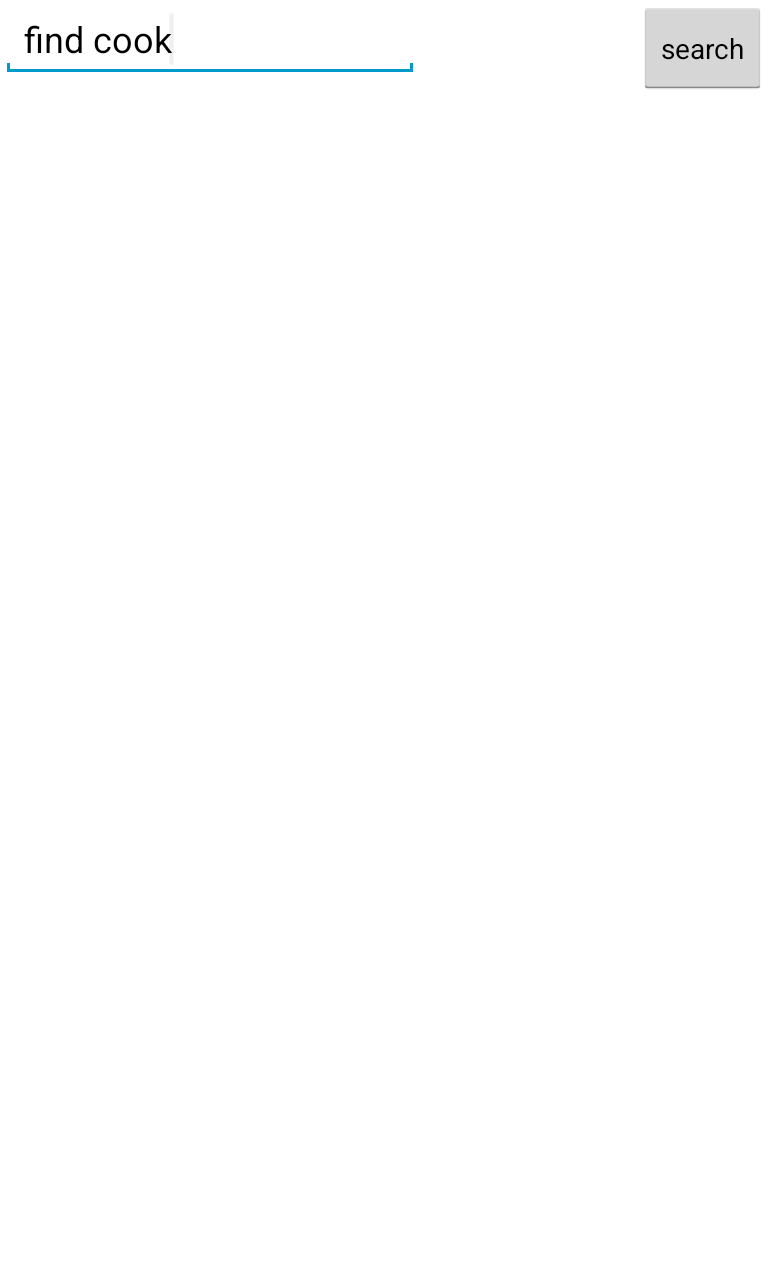
Repository: KnightFreedom/cookcook
Layout: client/CookCook/res/layout/browse_activity.xml
The author's editor kept a copy of each file at every save. The layout is drawn from the files as they stood at one save, then again after the next save.
It is drawn on a 768 x 1280 px phone screen (xhdpi) without system bars, with theme AppTheme; the app's code is not run.

Above is the layout before, as saved 2017-05-11 10:48:47.

After the next save:
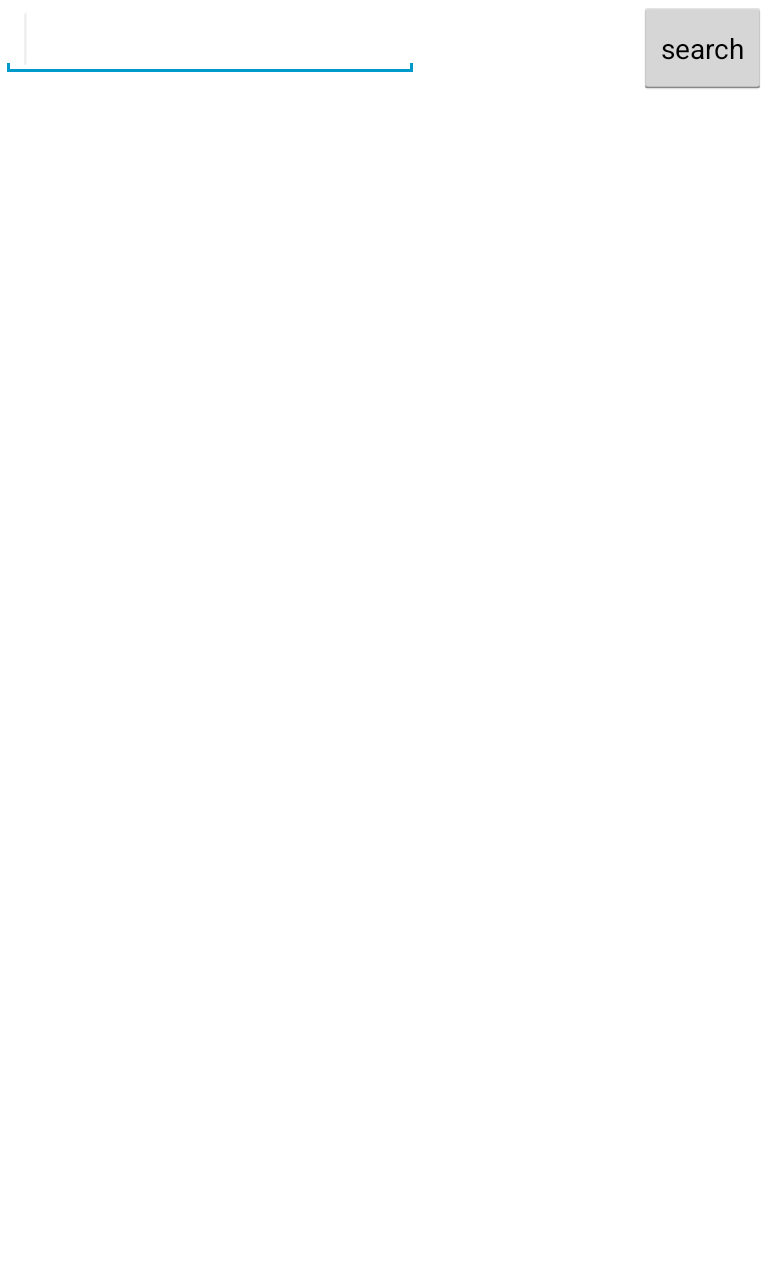
Saved 71 s later.
--- a/client/CookCook/res/layout/browse_activity.xml
+++ b/client/CookCook/res/layout/browse_activity.xml
@@ -13,9 +13,9 @@
             android:id="@+id/searchTxt"
             android:layout_width="wrap_content"
             android:layout_height="wrap_content"
-            android:layout_alignParentLeft = "true"
-            android:ems="10"
-            android:text="find cook" >
+            android:layout_alignParentLeft="true"
+            android:ems="10" >
+
             <requestFocus />
         </AutoCompleteTextView>
 
